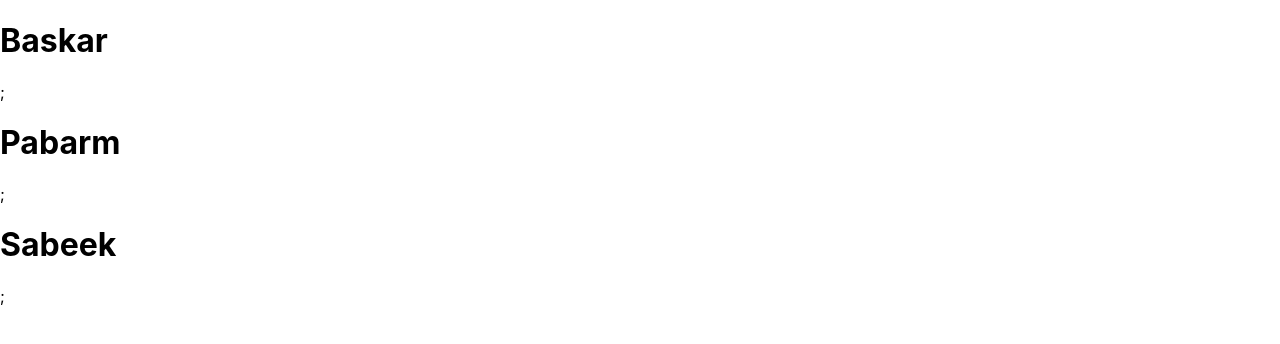
Repository: Baskaran-Ra/React-map
Page: /
The author's editor kept a copy of each file at every save. The page is drawn from the files as they stood at one save, then again after a run of saves.
The browser window is 1280 px wide. The pictures show the whole page.
The project was rebuilt for these pictures with package versions that can differ from the ones it lists, and the page was loaded fresh each time. Also part of the build but not shown: src/App.css.

Above is the page before, as saved 2022-12-28 18:47:37.

After the next 2 saves:
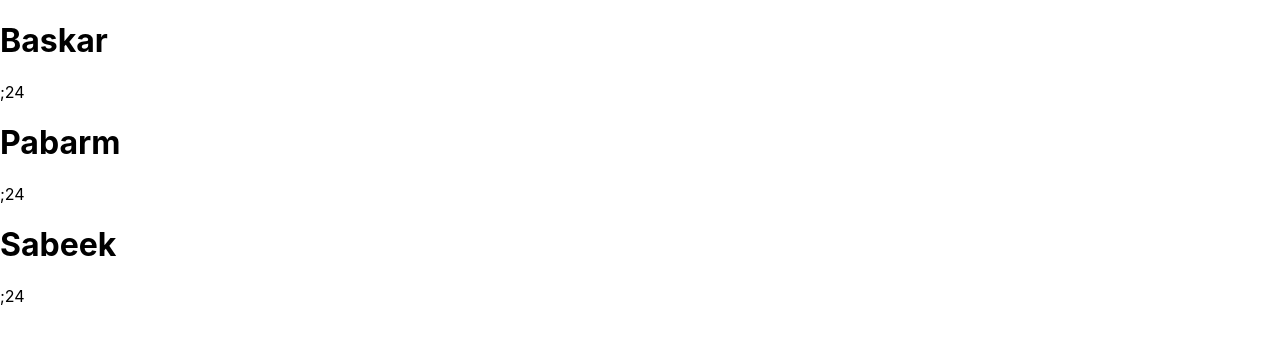
The 2 saves are shown as one change because they came seconds apart.
The last was saved 6 s later.
--- a/src/App.js
+++ b/src/App.js
@@ -15,7 +15,7 @@
           return(
             <div>
               <h1>{userInfo.name}</h1>;
-              <span>{}</span>
+              <span>{userInfo.age}</span>
             </div>
           )
         })}
